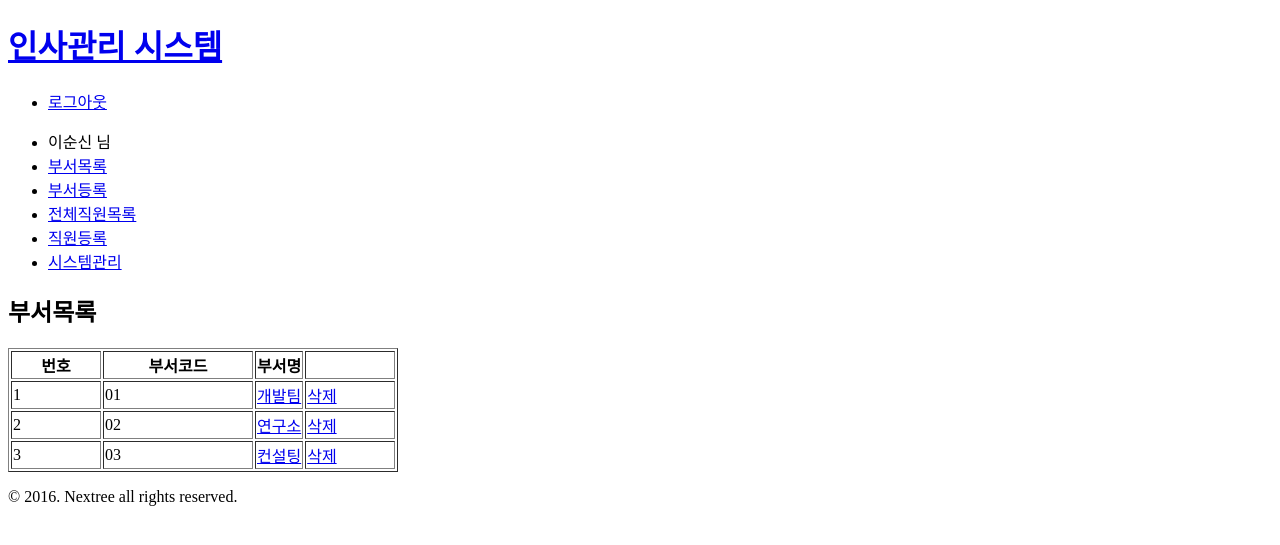
Repository: brotherdoor/shiba
Page: http://localhost/HumanResource_templete2/views/deptList.jsp
These files come from the project's save history. The page is drawn as it stood at one moment and after the next save; the edit follows.
The browser window is 1280 px wide. The pictures show the whole page.
The page is served by Tomcat 9.

Above is the page before, as saved 2017-02-27 02:39:14.

After the next save:
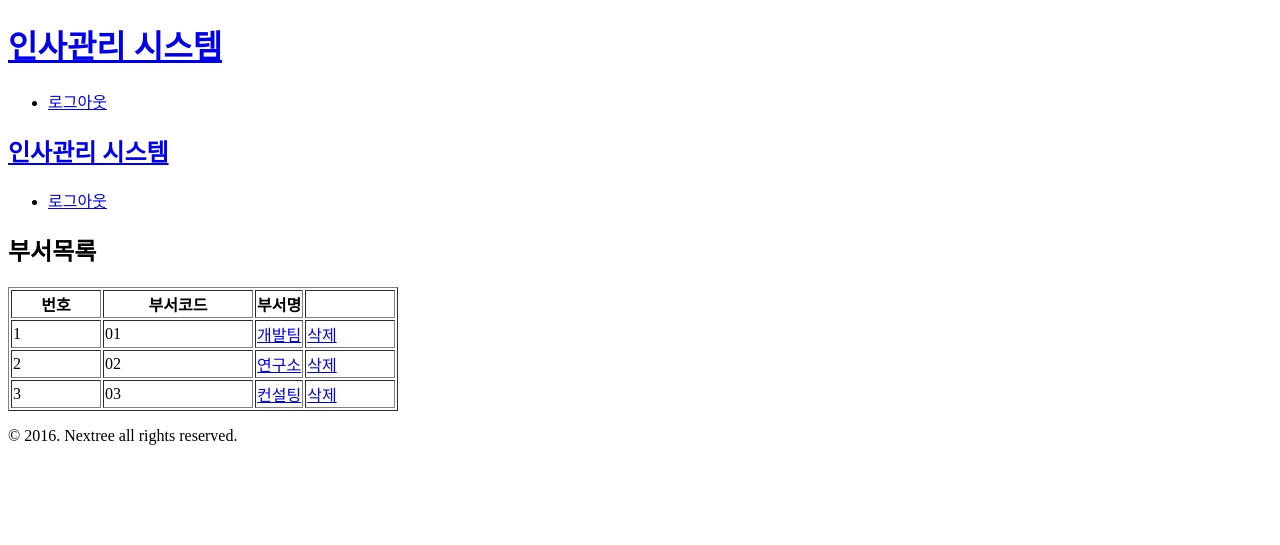
Saved 14 s later.
--- a/jsp/HumanResource_templete2/WebContent/views/deptList.jsp
+++ b/jsp/HumanResource_templete2/WebContent/views/deptList.jsp
@@ -15,26 +15,7 @@
    <%@ include file="header.jspf" %>
 </header>
 <nav>
-    <ul>
-        <li class="user-info">
-            이순신 님
-        </li>
-        <li class="on">
-            <a href="deptList.html">부서목록</a>
-        </li>
-        <li>
-            <a href="deptCreate.html">부서등록</a>
-        </li>
-        <li>
-            <a href="employeeList.html">전체직원목록</a>
-        </li>
-        <li>
-            <a href="employeeCreate.html">직원등록</a>
-        </li>
-        <li>
-            <a href="#">시스템관리</a>
-        </li>
-    </ul>
+    <%@ include file="header.jspf" %>
 </nav>
 <div class="contents-wrap">
     <h2 class="page-title">부서목록</h2>
@@ -78,7 +59,7 @@
     </div>
 </div>
 <footer>
-    <p>    &#169; 2016. Nextree all rights reserved.</p>
+    <%@ include file="footer.jspf" %>
 </footer>
 </body>
 </html>
